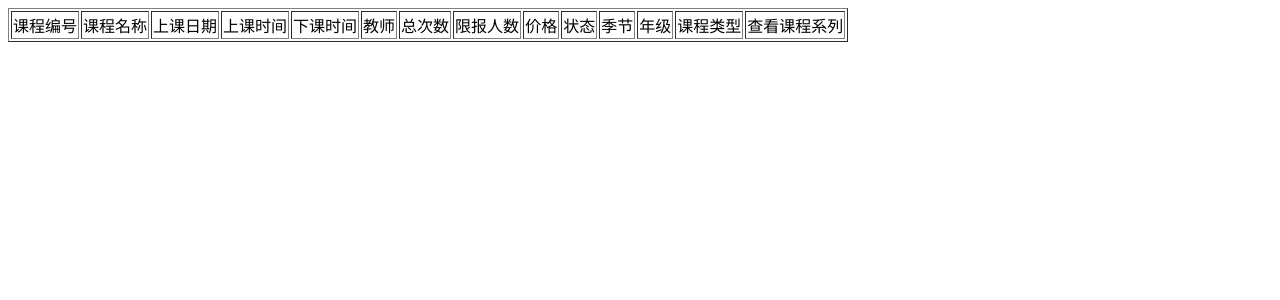
Repository: arkulo56/codeLibrary
Page: http://localhost/firstWeb/courseList.jsp
An editor plug-in stored every save of this project. The page is shown before and after the next save, followed by the edit.
The browser window is 1280 px wide. The pictures show the whole page.
The page is served by Tomcat 9. Other server files are loaded and not shown. Queries for data that is not in the repository find no rows.

Above is the page before, as saved 2016-04-23 02:54:34.

### java/firstWeb/WebContent/courseList.jsp
<%@page import="model.Course"%>
<%@page import="action.CourseAction"%>
<%@ page import="java.util.*" %>
<%@ page language="java" contentType="text/html; charset=UTF-8"
    pageEncoding="UTF-8"%>
<!DOCTYPE html PUBLIC "-//W3C//DTD HTML 4.01 Transitional//EN" "http://www.w3.org/TR/html4/loose.dtd">
<html>
<head>
<meta http-equiv="Content-Type" content="text/html; charset=UTF-8">
<title>课程表</title>
</head>
<body>
<table border="1">
<tr>
<td>课程编号</td>
<td>课程名称</td>
<td>上课日期</td>
<td>上课时间</td>
<td>下课时间</td>
<td>教师</td>
<td>总次数</td>
<td>限报人数</td>
<td>价格</td>
<td>状态</td>
<td>季节</td>
<td>年级</td>
<td>课程类型</td>
<td>查看课程系列</td>
</tr>
<%
CourseAction ca = new CourseAction();
List wh = new ArrayList();
List<Course> res = ca.get(wh);
for(int i=0;i<res.size();i++)
{
	Course t = res.get(i);
%>
<tr>
<td><%=t.getId() %></td>
<td><%=t.getName() %></td>
<td><%=t.getClassDate() %></td>
<td><%=t.getStartTime() %></td>
<td><%=t.getEndTime() %></td>
<td><%=t.getTeacher() %></td>
<td><%=t.getClassNumber() %></td>
<td><%=t.getStudentNumber() %></td>
<td>¥<%=t.getPrice() %></td>
<td><%=t.getStatus() %></td>
<td><%=t.getSeason() %></td>
<td><%=t.getClassLevel() %></td>
<td><%=t.getClassGategory() %></td>
<td><a href="courseSeries.jsp?courseId=<%=t.getId() %>">查看课程系列</a></td>
</tr>





<%
}
%>
</table>
</body>
</html>

### java/firstWeb/src/action/CourseAction.java
package action;

import java.sql.SQLException;
import java.util.ArrayList;
import java.util.HashMap;
import java.util.List;
import java.util.Map;

import dao.CourseDao;
import model.Course;
import model.CourseSeries;
import model.CourseSeriesItem;

public class CourseAction {

	public boolean addNewCourse(Course cr) throws SQLException
	{
		//初始化action
		CourseSeriesAction csa = new CourseSeriesAction();
		CourseItemAction cia = new CourseItemAction();

		//读取冲突的课程
		List<Course> cst = this.get(cr);
		List<Integer> xx = new ArrayList();
		for(int i=0;i<cst.size();i++)
		{
			xx.add(cst.get(i).getId());
		}
		List<CourseSeriesItem> cs = cia.getCommon(cr, xx);//返回那些不能组合的seriesId

		//插入课程数据
		int courseId = this.addCourse(cr);
		cr.setId(courseId);

		//读取附表可以组合的系列
		List<Integer> ni = new ArrayList();
		for(int i=0;i<cs.size();i++)
		{
			ni.add(cs.get(i).getSeriesId());
		}
		List<CourseSeriesItem> csiRes = cia.get(cr, ni);

		//先添加一个单次的系列和item
		int courseSeriesId = this._setSeries(cr.getClassDate());
		this._setItem(cr.getClassDate(), cr.getId(), courseSeriesId);
		//循环添加
		for(int i=0;i<csiRes.size();i++)
		{
			//生成系列主表
			int csId = this._setSeries(cr.getClassDate());
			//查询系列附表的所有元素
			List<Map> wh = new ArrayList();
			Map m = new HashMap();
			m.put("pre", "and");
			m.put("field", "seriesId");
			m.put("relation", "=");
			m.put("value", csiRes.get(i).getSeriesId());
			wh.add(m);
			List<CourseSeriesItem> res = cia.getCommon(wh);
			//先录入一条自己
			this._setItem(cr.getClassDate(), cr.getId(), csId);
			for(int j=0;j<res.size();j++)
			{
				//重复录入取到的其他课程系列元素
				this._setItem(cr.getClassDate(), res.get(j).getCourseId(), csId);
			}
		}


		return true;
	}
	private int _setSeries(String dt) throws SQLException
	{
		//初始化action
		CourseSeriesAction csa = new CourseSeriesAction();
		//添加单独的一个系列主表
		CourseSeries newCsa = new CourseSeries();
		newCsa.setClassDate(dt);
		return csa.addSeries(newCsa);

	}
	private void _setItem(String dt,int courseId,int courseSeriesId) throws SQLException
	{
		CourseItemAction cia = new CourseItemAction();

		//添加单独的一个系列附表
		CourseSeriesItem csi = new CourseSeriesItem();
		csi.setClassDate(dt);
		csi.setCourseId(courseId);
		csi.setSeriesId(courseSeriesId);
		csi.setSortCourse(0);
		cia.addItem(csi);
	}



	//插入主表数据
	public int addCourse(Course cr) throws SQLException
	{
		CourseDao hd = new CourseDao();
		return hd.add(cr);
	}

	//查询冲突课程
	private List<Course> get(Course cr) throws SQLException
	{
		CourseDao hd = new CourseDao();
		List<Map> wh = new ArrayList();
		//开始时间小于当前课程结束时间
		Map k = new HashMap();
		k.put("pre", "and");
		k.put("field", "startTime");
		k.put("relation", "<");
		k.put("value", "'"+cr.getEndTime()+"'");
		wh.add(k);
		//结束时间大于当前课程开始时间
		Map e = new HashMap();
		e.put("pre", "and");
		e.put("field", "endTime");
		e.put("relation", ">");
		e.put("value", "'"+cr.getStartTime()+"'");
		wh.add(e);
		//开课日期相等
		Map ed = new HashMap();
		ed.put("pre", "and");
		ed.put("field", "classDate");
		ed.put("relation", "=");
		ed.put("value", "'"+cr.getClassDate()+"'");
		wh.add(ed);

		return hd.get(wh);
	}
	//普通查询
	public List<Course> get(List<Map> wh) throws SQLException
	{
		CourseDao hd = new CourseDao();
		return hd.get(wh);
	}

}

### java/firstWeb/src/dao/CourseDao.java
package dao;

import java.sql.Connection;
import java.sql.PreparedStatement;
import java.sql.ResultSet;
import java.sql.SQLException;
import java.sql.Statement;
import java.util.ArrayList;
import java.util.List;
import java.util.Map;

import db.MysqlDrive;
import model.Course;

public class CourseDao {
	private Connection con;
	private Statement st;
	//初始化
	public CourseDao()
	{
		con = MysqlDrive.getCon();
		try
		{
			st = con.createStatement();
		}catch(SQLException e)
		{
			System.out.println("statement初始化失败");
		}
	}
	//查询
	public List<Course> get(List<Map> wh) throws SQLException
	{
		String sql = "select * from course where 1=1";
		for(int i=0;i<wh.size();i++)
		{
			//System.out.println(wh.get(i).keySet());
			sql = sql+" "+wh.get(i).get("pre")+" "+wh.get(i).get("field")+wh.get(i).get("relation")+wh.get(i).get("value");
		}
		//System.out.println(sql);
		ResultSet res = st.executeQuery(sql);
		List<Course> r = new ArrayList();
		while(res.next())
		{
			Course n = new Course();
			n.setId(res.getInt("id"));
			n.setName(res.getString("name"));
			n.setClassDate(res.getString("classDate"));
			n.setStartTime(res.getString("startTime"));
			n.setEndTime(res.getString("endTime"));
			n.setTeacher(res.getString("teacher"));
			n.setClassNumber(res.getInt("classNumber"));
			n.setStudentNumber(res.getInt("studentNumber"));
			n.setPrice(res.getFloat("price"));
			n.setStatus(res.getInt("status"));
			n.setSeason(res.getString("season"));
			n.setClassLevel(res.getInt("classLevel"));
			n.setClassGategory(res.getInt("classGategory"));

			r.add(n);
		}
		return r;
	}
	//添加
	public int add(Course nc) throws SQLException
	{
		String sql = "insert into course values(null,?,?,?,?,?,?,?,?,?,?,?,?)";
		PreparedStatement pst = con.prepareStatement(sql,Statement.RETURN_GENERATED_KEYS);
		pst.setString(1, nc.getName());
		pst.setString(2, nc.getClassDate());
		pst.setString(3, nc.getStartTime());
		pst.setString(4, nc.getEndTime());
		pst.setString(5, nc.getTeacher());
		pst.setInt(6, nc.getClassNumber());
		pst.setInt(7, nc.getStudentNumber());
		pst.setFloat(8, nc.getPrice());
		pst.setInt(9, nc.getStatus());
		pst.setString(10, nc.getSeason());
		pst.setInt(11, nc.getClassLevel());
		pst.setInt(12, nc.getClassGategory());

		pst.executeUpdate();
		ResultSet res = pst.getGeneratedKeys();
		if(res.next())
		{
			return res.getInt(1);
		}
		return 0;
	}

//	public boolean del(int id)
//	{
//
//	}
//
}

### java/firstWeb/src/db/MysqlDrive.java
package db;

import java.sql.Connection;
import java.sql.DriverManager;
import java.sql.ResultSet;
import java.sql.SQLException;
import java.sql.Statement;

public class MysqlDrive {
	private static String url = "jdbc:mysql://192.168.99.100:3306/course?useUnicode=true&characterEncoding=utf8&useSSL=false";
	private static String use = "root";
	private static String passwd = "123456";
	private static Connection con = null;

	static{
		try{
			//step1:动态加载驱动
			Class.forName("com.mysql.jdbc.Driver");
			//step2:连接数据库
			con = DriverManager.getConnection(url, use, passwd);
		}catch(ClassNotFoundException e)
		{
			System.out.println("加载mysql驱动失败");
		}catch(SQLException e)
		{
			System.out.println("连接数据库失败");
		}
	}

	public static Connection getCon()
	{
		return con;
	}

}

After the next save:
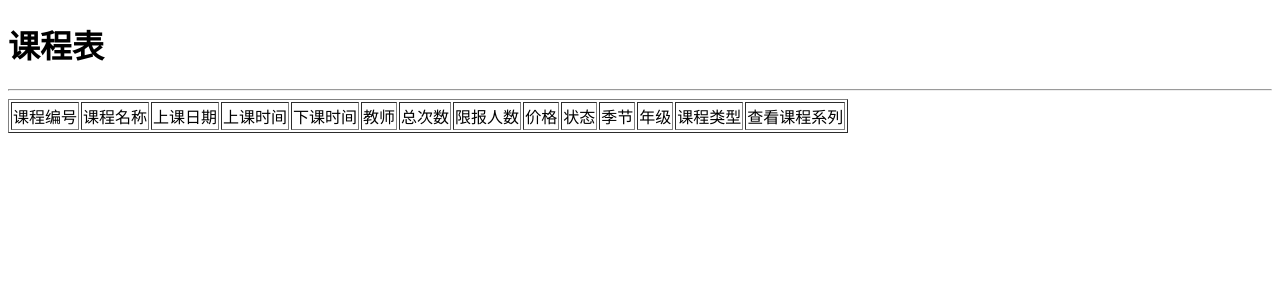
Saved 113 s later.
--- a/java/firstWeb/WebContent/courseList.jsp
+++ b/java/firstWeb/WebContent/courseList.jsp
@@ -10,6 +10,9 @@
 <title>课程表</title>
 </head>
 <body>
+<h1>课程表</h1>
+<hr>
+
 <table border="1">
 <tr>
 <td>课程编号</td>
